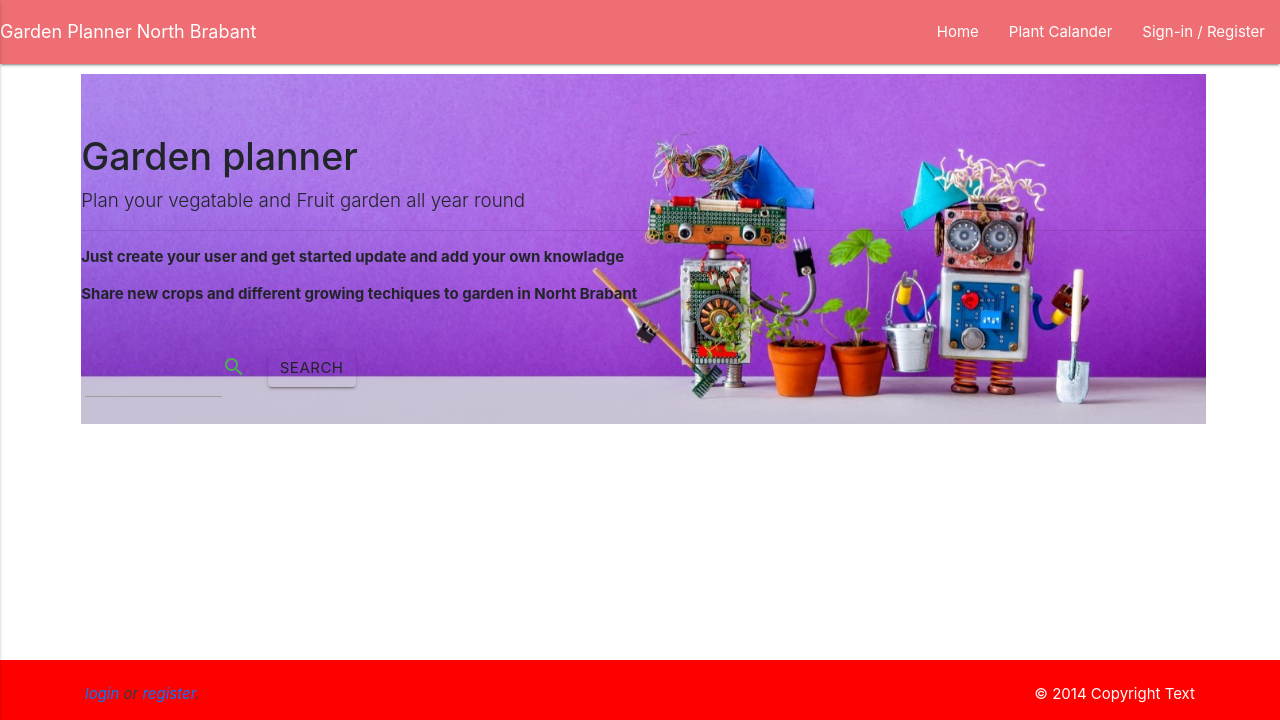
Repository: Lemoenskil/Milestone_project_3_Garden_planner
Page: http://localhost/
The author's editor kept a record of every edit. The page is drawn from the files as they stood at one moment, then again after the next edit.
The browser window is 1280 px wide. The pictures show the whole page.
Some web libraries are served in a nearby version. The page is served by the project's application, run on Flask 3 (app.py). Queries for data that is not in the repository find no rows.

Above is the page before.
Console error: TypeError: $(...).floatingActionButton is not a function

After the next edit:
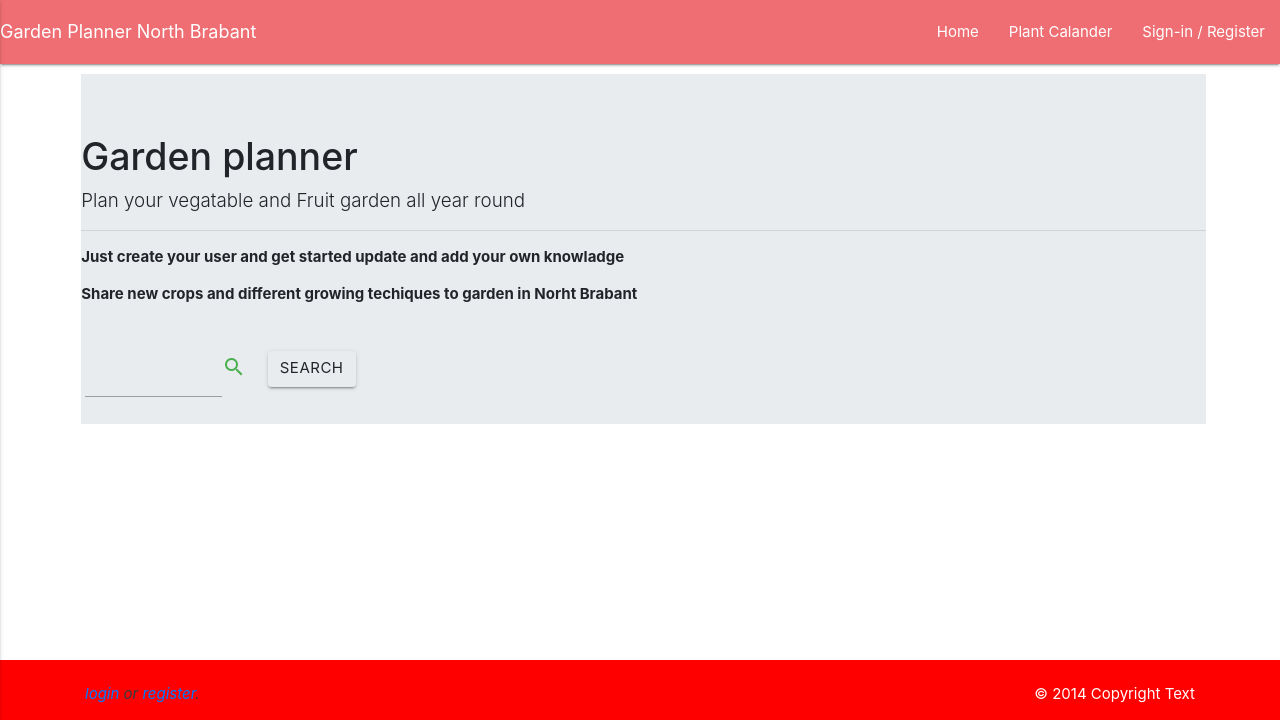
The edit:
--- a/static/css/style.css
+++ b/static/css/style.css
@@ -7,8 +7,7 @@
 }
 
 .jumbotron {
-  background-image:url("/static/images/gardeners.gif");
-  background-size: cover;
+
   width: 100%;
   margin-top: 10px;
 
